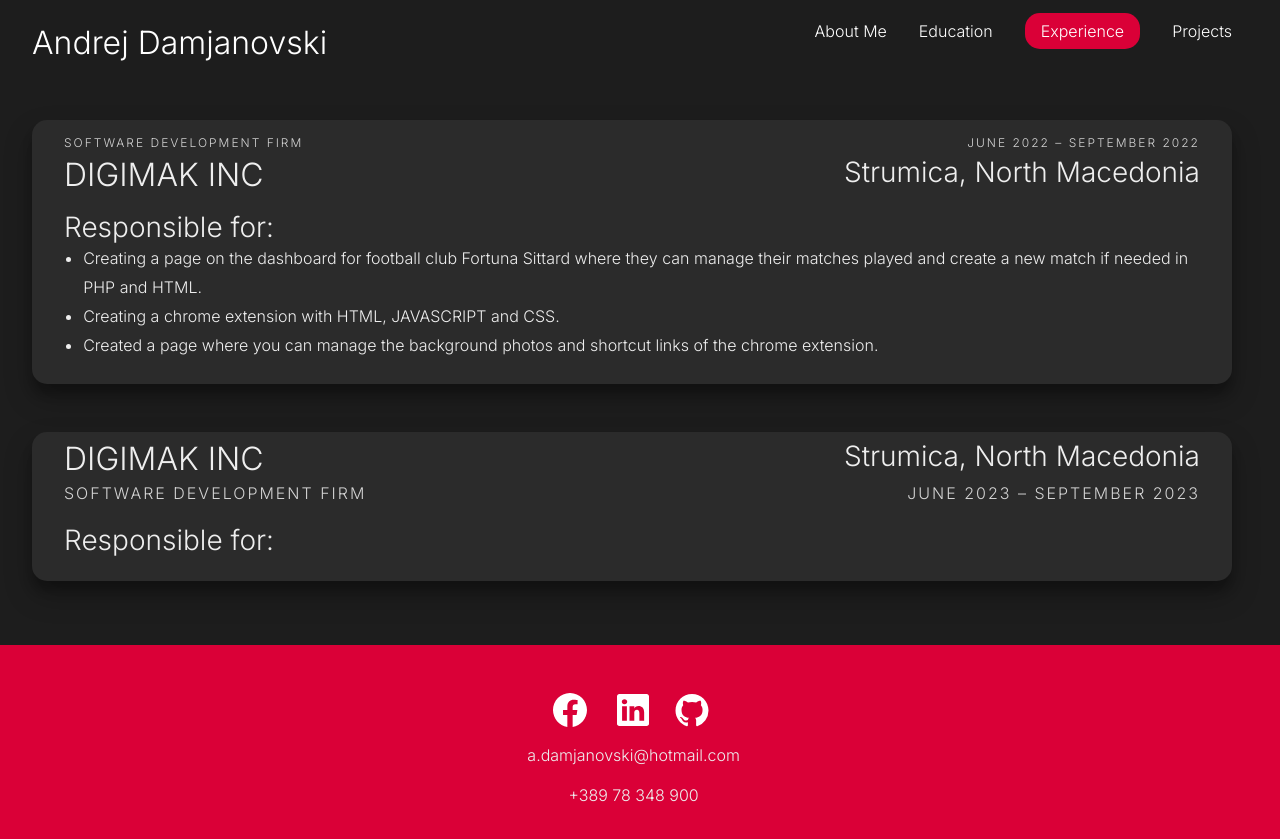
Repository: ADamjanovski/portfolio
Page: experience.html
The author's editor kept a copy of each file at every save. The page is drawn from the files as they stood at one save, then again after the next save.
The browser window is 1280 px wide. The pictures show the whole page.

Above is the page before, as saved 2023-07-03 11:57:28.

### experience.html
<!DOCTYPE html>
<html lang="en">
<head>
    <meta charset="UTF-8">
    <meta name="viewport" content="width=device-width, initial-scale=1.0">
    <title>Experience</title>
    <link rel="preconnect" href="https://fonts.googleapis.com">
    <link rel="preconnect" href="https://fonts.gstatic.com" crossorigin>
    <link href="https://fonts.googleapis.com/css2?family=Inter:wght@300&display=swap" rel="stylesheet">
    <link href="https://cdn.jsdelivr.net/npm/bootstrap@5.3.0/dist/css/bootstrap.min.css" rel="stylesheet" integrity="sha384-9ndCyUaIbzAi2FUVXJi0CjmCapSmO7SnpJef0486qhLnuZ2cdeRhO02iuK6FUUVM" crossorigin="anonymous">
    <link rel="stylesheet" href="style.css">
</head>
<body>
    <div class="navbar">
        <h2><a href="index.html">Andrej Damjanovski</a></h2>
        <div >
            <ul class="navbar-links">
                <li ><a href="aboutme.html" >About Me</a></li>
                <li><a href="education.html">Education</a></li>
                <li><a href="experience.html" class="active">Experience</a></li>
                <li><a href="projects.html">Projects</a></li>
            </ul>
        </div>
        <button class="navbar-toggler icon" type="button" data-bs-toggle="offcanvas" data-bs-target="#offcanvasDarkNavbar" aria-controls="offcanvasDarkNavbar" aria-label="Toggle navigation">
            <span class=""><svg fill="#FFFFFF" xmlns="http://www.w3.org/2000/svg"  viewBox="0 0 50 50" width="30px" height="30px" ><path d="M 0 9 L 0 11 L 50 11 L 50 9 Z M 0 24 L 0 26 L 50 26 L 50 24 Z M 0 39 L 0 41 L 50 41 L 50 39 Z"/></svg></span>
          </button>
    </div>
    <div class="offcanvas offcanvas-end text-bg-dark" tabindex="-1" id="offcanvasDarkNavbar" aria-labelledby="offcanvasDarkNavbarLabel">
        <div class="offcanvas-header color flex-end">
            <button type="button" class="btn-close btn-close-white" data-bs-dismiss="offcanvas" aria-label="Close"></button>
        </div>
        <div class="offcanvas-body color">
            <ul class="navbar-nav justify-content-end flex-grow-1 pe-3">
                <li class="nav-item">
                  <a class=" margin nav-link " aria-current="page" href="aboutme.html">About Me</a>
                </li>
                <li class="margin nav-item">
                  <a class="nav-link " href="education.html">Education</a>
                </li>
                <li class=" nav-item">
                    <a class="nav-link active" href="experience.html">Experience</a>
                </li>
                <li class="margin nav-item">
                <a class="nav-link" href="projects.html">Projects</a>
                </li>
            </ul>
        </div>
    </div>
    <div class="job-description">
        <div class="role">
            <p class="my-role">Software Development Firm</p>
            <p>June 2022 – September 2022</p>
        </div>
        <div class="Company-details">
            <h2>DIGIMAK INC</h2>
            <h3>Strumica, North Macedonia</h3>
        </div>
        <div class="responsible">
            <h3>Responsible for:</h3>
            <ul>
                <li>Creating a page on the dashboard for football club Fortuna Sittard where they can manage their matches played and create a new match if needed in PHP and HTML.</li>
                <li>Creating a chrome extension with HTML, JAVASCRIPT and CSS.</li>
                <li>Created a page where you can manage the background photos and shortcut links of the chrome extension.</li>
            </ul>

        </div>
    </div>
    <div class="job-description">
        <div class="Company-details">
            <h2>DIGIMAK INC</h2>
            <h3>Strumica, North Macedonia</h3>
        </div>
        <div class="role">
            <h6>Software Development Firm</h6>
            <h6>June 2023 – September 2023</h6>
        </div>
        <div class="responsible">
            <h3>Responsible for:</h3>
        </div>
    </div>
    <footer>
        <a href="https://www.facebook.com/andrej.damjanovska"><svg xmlns="http://www.w3.org/2000/svg" width="50" height="34" fill="currentColor" class="bi bi-facebook" viewBox="0 0 16 16">
            <path d="M16 8.049c0-4.446-3.582-8.05-8-8.05C3.58 0-.002 3.603-.002 8.05c0 4.017 2.926 7.347 6.75 7.951v-5.625h-2.03V8.05H6.75V6.275c0-2.017 1.195-3.131 3.022-3.131.876 0 1.791.157 1.791.157v1.98h-1.009c-.993 0-1.303.621-1.303 1.258v1.51h2.218l-.354 2.326H9.25V16c3.824-.604 6.75-3.934 6.75-7.951z"/>
          </svg></a>
        <a  href="https://www.linkedin.com/in/andrej-damjanovski"><svg xmlns="http://www.w3.org/2000/svg" width="50" height="32" fill="currentColor" class="bi bi-linkedin linkedin" viewBox="0 0 16 16">
            <path d="M0 1.146C0 .513.526 0 1.175 0h13.65C15.474 0 16 .513 16 1.146v13.708c0 .633-.526 1.146-1.175 1.146H1.175C.526 16 0 15.487 0 14.854V1.146zm4.943 12.248V6.169H2.542v7.225h2.401zm-1.2-8.212c.837 0 1.358-.554 1.358-1.248-.015-.709-.52-1.248-1.342-1.248-.822 0-1.359.54-1.359 1.248 0 .694.521 1.248 1.327 1.248h.016zm4.908 8.212V9.359c0-.216.016-.432.08-.586.173-.431.568-.878 1.232-.878.869 0 1.216.662 1.216 1.634v3.865h2.401V9.25c0-2.22-1.184-3.252-2.764-3.252-1.274 0-1.845.7-2.165 1.193v.025h-.016a5.54 5.54 0 0 1 .016-.025V6.169h-2.4c.03.678 0 7.225 0 7.225h2.4z"/>
          </svg></a>
        <a href="https://github.com/ADamjanovski"><svg xmlns="http://www.w3.org/2000/svg" width="60" height="33" fill="currentColor" class="bi bi-github" viewBox="0 0 16 16">
            <path d="M8 0C3.58 0 0 3.58 0 8c0 3.54 2.29 6.53 5.47 7.59.4.07.55-.17.55-.38 0-.19-.01-.82-.01-1.49-2.01.37-2.53-.49-2.69-.94-.09-.23-.48-.94-.82-1.13-.28-.15-.68-.52-.01-.53.63-.01 1.08.58 1.23.82.72 1.21 1.87.87 2.33.66.07-.52.28-.87.51-1.07-1.78-.2-3.64-.89-3.64-3.95 0-.87.31-1.59.82-2.15-.08-.2-.36-1.02.08-2.12 0 0 .67-.21 2.2.82.64-.18 1.32-.27 2-.27.68 0 1.36.09 2 .27 1.53-1.04 2.2-.82 2.2-.82.44 1.1.16 1.92.08 2.12.51.56.82 1.27.82 2.15 0 3.07-1.87 3.75-3.65 3.95.29.25.54.73.54 1.48 0 1.07-.01 1.93-.01 2.2 0 .21.15.46.55.38A8.012 8.012 0 0 0 16 8c0-4.42-3.58-8-8-8z"/>
          </svg></a>
        <p class="email">a.damjanovski@hotmail.com</p>
        <p>+389 78 348 900</p>
    </footer>
    <script src="https://cdn.jsdelivr.net/npm/bootstrap@5.3.0/dist/js/bootstrap.bundle.min.js" integrity="sha384-geWF76RCwLtnZ8qwWowPQNguL3RmwHVBC9FhGdlKrxdiJJigb/j/68SIy3Te4Bkz" crossorigin="anonymous"></script>

</body>
</html>

### style.css
body{
    background-color: #1D1D1D;
    color:rgb(238, 238, 238);
    height: 70vh;
    overflow-x:hidden;
}
*{
    font-family: 'Outfit','Inter', sans-serif;
}
a{
    text-decoration: none;
    color:white;
}
.home-body{
    background-color: #2b2b2b;
    display: flex;
    justify-content: space-around;
    height: inherit;
    align-items: center;
    margin:0rem 3rem 0rem 3rem;
    border-radius: 15px;
    box-shadow: rgba(0, 0, 0, 0.25) 0px 14px 28px, rgba(0, 0, 0, 0.22) 0px 10px 10px;;
}
#programmer-img{
    width: 500px;
}

#home-name{
    margin-top: 7rem;
    text-align: center;

}
.navbar{
    display: flex;
    height: 10vh;
    justify-content: space-between;
}
.navbar h2{
    margin-left: 2rem;
    margin-top:1rem;
}
.navbar-links{

    margin-right: 3rem;
    display: flex;
    gap: 2rem;
    list-style-type: none;
    font-size: 1rem;
    justify-content: space-around;
}
#personalimg{

    border-radius: 50%;
}
.aboutme-body{
    margin: 3rem;
    display: flex;
    justify-content:space-around;

}
.text{
    padding: 3rem 5rem 5rem 0rem;
    background-color: #2b2b2b;
    margin-right: 7rem;
    border-radius: 15px;
    font-size: 1rem;
    line-height: 2;
    text-align: justify;
    box-shadow: rgba(0, 0, 0, 0.25) 0px 14px 28px, rgba(0, 0, 0, 0.22) 0px 10px 10px;;
}
.aboutme-body p{
    margin-left: 3rem;
}
footer{
    margin-top:4rem;
    background-color: #DA0037;
    width: 99vw;
    padding-top: 3rem;
    padding-bottom: 1rem;
    text-align: center;
    box-shadow: 0 50vh 0 50vh #DA0037;
    align-content: center;
}
.linkedin{
    margin-left:.5rem;
}
.active{
    border-radius: 15px;
    padding: .5rem;
    padding-inline: 1rem;
    background-color: #DA0037;
}

.education-body{
    background-color: #2b2b2b;
    margin: 1rem 3rem 1rem 2rem;
    padding: 1rem 0rem 3rem 3rem;
    border-radius: 15px;
    line-height: 2;
    box-shadow: rgba(0, 0, 0, 0.25) 0px 14px 28px, rgba(0, 0, 0, 0.22) 0px 10px 10px;;
}
.Company-details{
    display: flex;
    justify-content: space-between;

}

.job-description{
    margin:3rem 3rem 0rem 2rem;
    background-color: #2b2b2b;
    padding:.5rem 2rem 1.5rem 2rem;
    border-radius: 15px;
    box-shadow: rgba(0, 0, 0, 0.25) 0px 14px 28px, rgba(0, 0, 0, 0.22) 0px 10px 10px;;
}

.role{
    display: flex;
    justify-content: space-between;
    text-transform: uppercase;
    margin-bottom: 0px;
    padding-bottom: 0px;
}
.Company-details *{
    padding:0px;
    margin:0px;
}

.job-description *{
    padding:0px;
    margin:0px;
}
.role *{
    color :lightgrey;
    letter-spacing: 2px;

    padding:0rem;
    margin:.4rem 0 0.25rem 0;
}

.role > p {
    font-size:0.75rem;
}

.responsible{
    line-height: 1.8rem;
    margin-top: 1rem;
}

.project{
    display: flex;
    align-items: center;
    justify-content: space-between;
    margin:3rem 3rem 3rem 2rem;
    background-color: #2b2b2b;
    padding:.5rem 2rem 1.5rem 2rem;
    border-radius: 15px;
    box-shadow: rgba(0, 0, 0, 0.25) 0px 14px 28px, rgba(0, 0, 0, 0.22) 0px 10px 10px;;
}
.project-details{
    display: flex;
    justify-content: space-between;
}

.project-logo{
    margin-right: 4rem;
}
.icon{

    display: none;
    border-color: rgb(238, 238, 238);
}
@media screen and (max-width: 850px) {

    .navbar-links{
        display: none;
    }

    .icon{
        display: flex;
        margin-right: 3rem;
    }
    .active{
        display: inline-block;
        margin-top:.4rem;

    }
    .margin{
        margin-left: 1rem;
    }

}
@media screen and (max-width:1030px) {
    .aboutme-body{
        width: 100%;
        flex-direction: column-reverse;
        align-items: center;
        gap:3rem;
    }
    #personalimg{
        align-self:center;
        margin-right: 5rem;
    }
    .project-logo{
        margin-right: 2rem;
        margin-left: 1rem;
    }

}
.color{
    background-color: #2b2b2b;
}
.email{
    margin-top:1rem;
}
.responsible ul{
    margin-left: 1.2rem;
}
.flex-end{
    display: flex;
    justify-content: flex-end;
    padding-right: 1.5rem;
}

After the next save:
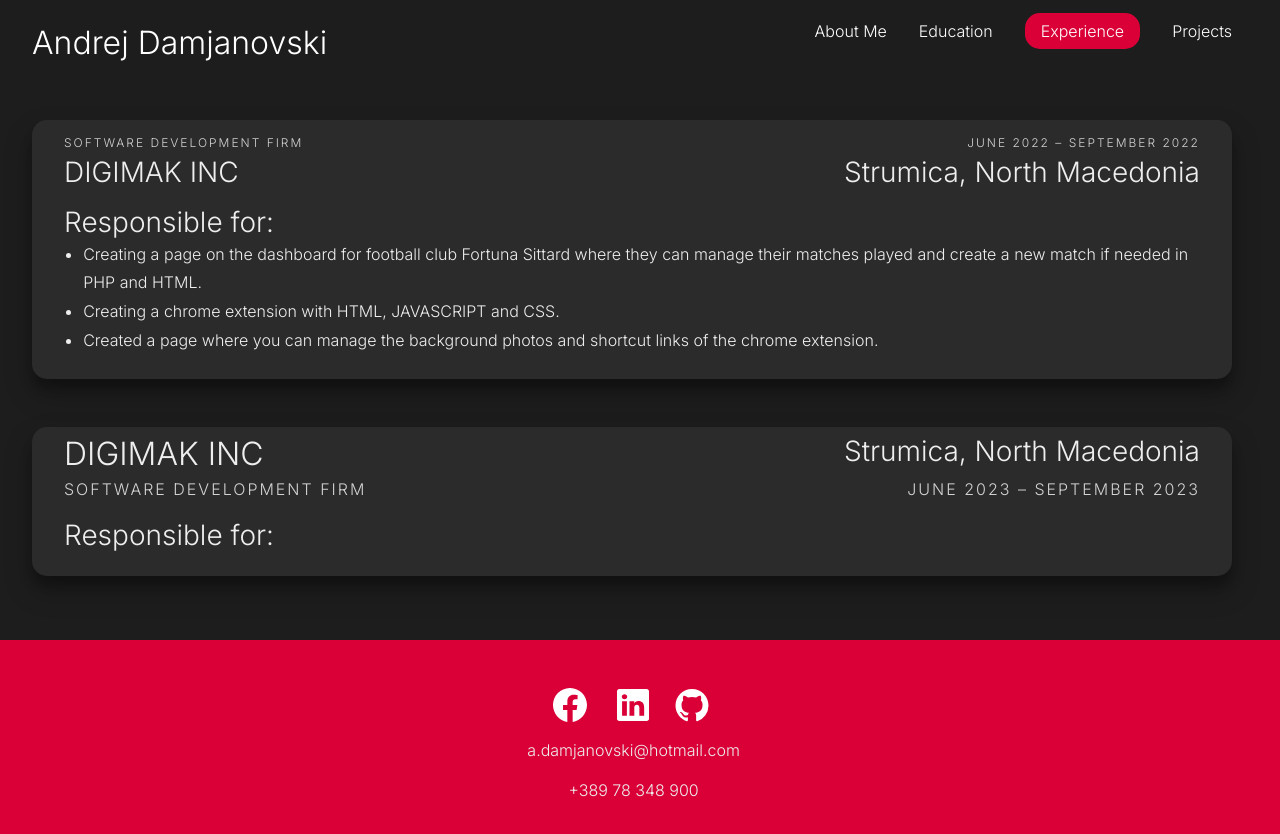
Saved 18 s later.
--- a/experience.html
+++ b/experience.html
@@ -52,7 +52,7 @@
             <p>June 2022 – September 2022</p>
         </div>
         <div class="Company-details">
-            <h2>DIGIMAK INC</h2>
+            <h3>DIGIMAK INC</h3>
             <h3>Strumica, North Macedonia</h3>
         </div>
         <div class="responsible">
